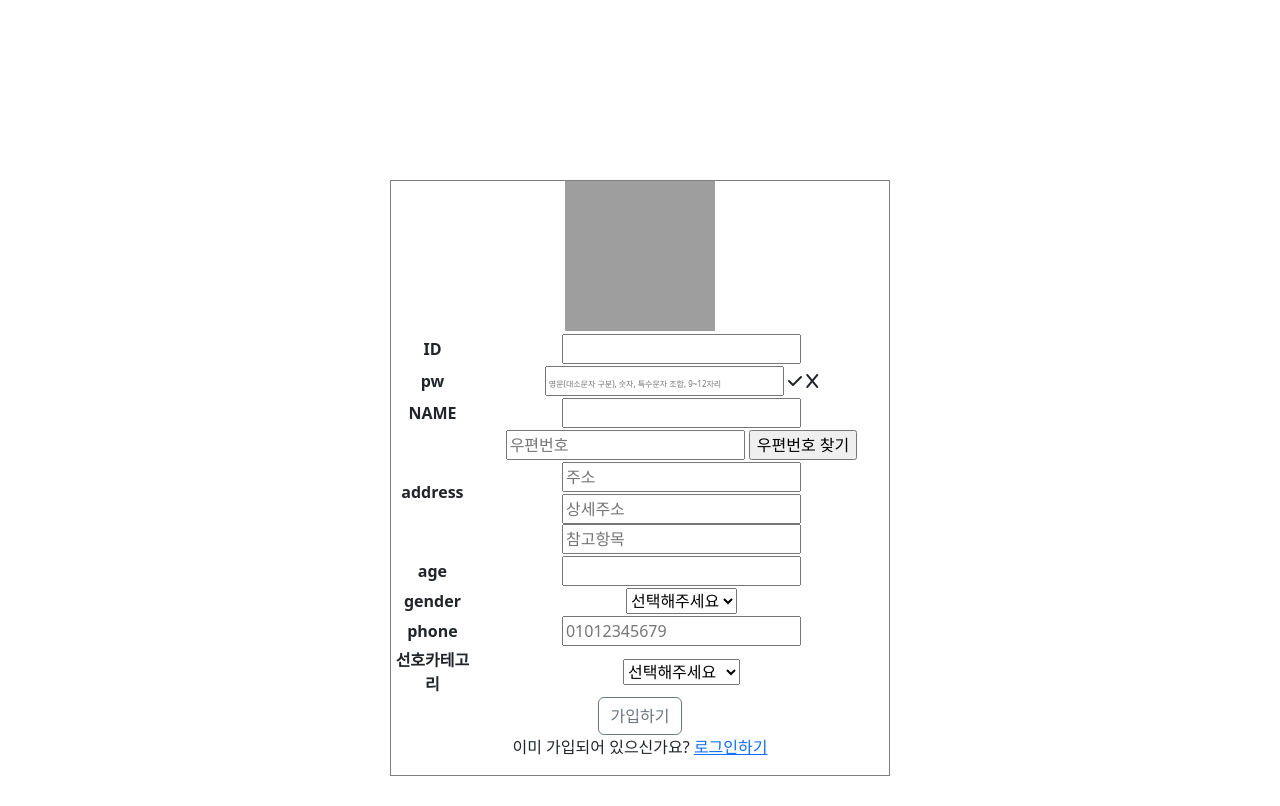
Repository: bongbongi/book1
Page: http://localhost/book/WEB-INF/views/member/join.jsp
An editor plug-in stored every save of this project. The page is shown before and after the next save, followed by the edit.
The browser window is 1280 px wide. The pictures show the whole page.
Pictures or frames that could not be fetched are drawn as grey boxes. Some web libraries are served in a nearby version. The page is served by Tomcat 9. Nobody is signed in. Other server files are loaded and not shown. The template is opened directly, without the code that normally fills it, so the values that code supplies are empty.

Above is the page before, as saved 2023-01-05 15:16:49.

### book/src/main/webapp/WEB-INF/views/member/join.jsp
<%@ page language="java" contentType="text/html; charset=UTF-8"
	pageEncoding="UTF-8"%>
<%@ taglib uri="http://java.sun.com/jsp/jstl/core" prefix="c"%>

<!DOCTYPE html>
<html>
<head>
<meta charset="UTF-8">
<!-- CSS only -->
<link href="https://cdn.jsdelivr.net/npm/bootstrap@5.2.2/dist/css/bootstrap.min.css"
rel="stylesheet" integrity="sha384-Zenh87qX5JnK2Jl0vWa8Ck2rdkQ2Bzep5IDxbcnCeuOxjzrPF/et3URy9Bv1WTRi"
crossorigin="anonymous">
<script src="https://kit.fontawesome.com/92e616dfba.js" crossorigin="anonymous"></script>
<title>회원가입</title>
<style type="text/css">
body{
	text-align: center;
	margin:0 auto;
	width: 100%;
	padding-top : 150px;
}
.logo>a>img{
	width: 150px;
	height: 150px;
}
.join-container{
	border: 1px solid gray;
	width: 500px;
	height: 100%;

	margin: 30px auto;

	/* display: flex;
	align-items: center;
	justify-content: center; */
}
table>tr,
table>td{
	text-align: center;
}
#mem_pw::placeholder{
	font-size:8px;
}
/* 아이디 사용 가능 여부 */
.id_ok{
color:#008000;
display: none;
}

.id_duplicate{
color:#ff0000;
display: none;
}
.id_null{
color:#ff0000;
display: none;
}
</style>
</head>
<body>
	<form action="/mem/join" method="post">
		<div class="join-container">

			<div class="logo">
				<a href="/"><img src="../resources/logo.jpg" alt="로고"></a><br>
			</div>
			<div class="join">
				<form action="/mem/join" method="post">
					<table>
						<th colspan="3" >
							<tr>
								<th >ID</th>
									<td colspan="2">
										<input type="text" name="mem_id" id="mem_id" oninput="checkId()" required>
										<span class="id_ok"><i class="fa-solid fa-check"></i></span>
										<span class="id_duplicate"><i class="fa-solid fa-x"></i></span>
										<span class="id_null"><i class="fa-solid fa-x"></i></span>
									</td>
							</tr>
							<tr>
								<th>pw</th>
								<td>
									<input type="password" name="mem_pw" id="mem_pw" placeholder="영문(대소문자 구분), 숫자, 특수문자 조합, 9~12자리" oninput="checkPw()" required>
									<span class="pw_ok"><i class="fa-solid fa-check"></i></span>
									<span class="id_duplicate"><i class="fa-solid fa-x"></i></span>
									<span class="pw_null"><i class="fa-solid fa-x"></i></span>
								</td>
							</tr>
							<tr>
								<th>NAME</th>
								<td><input type="text" name="mem_name" required></td>
							</tr>
							<tr>
								<th rowspan="3">address</th>
								<td colspan="2">
									<input type="text" id="postcode" name="mem_postzip" placeholder="우편번호">
									<input type="button" onclick="execDaumPostcode()" value="우편번호 찾기">
								</td>
							</tr>
							<tr colspan="2">
								<td ><input type="text" id="address" name="address" placeholder="주소"></td>
							</tr>
							<tr>
								<td  colspan="2">
									<input type="text" id="detailAddress" name="detailAddress" placeholder="상세주소">
									<input type="text" id="extraAddress" name="extraAddress" placeholder="참고항목">
								</td>
							</tr>
							<tr>
								<th>age</th>
								<td><input type="text" name="mem_age"></td>
							</tr>
							<tr>
								<th>gender</th>
								<td>
									<select name="mem_gender">
										<option value="null">선택해주세요</option>
										<option value="1">남자</option>
										<option value="2">여자</option>
									</select>
								</td>
							</tr>
							<tr>
								<th>phone</th>
								<td>
									<input type="text" name="mem_cell_num" id="mem_cell_num" placeholder="01012345679" oninput="checkCellNum()" required>
										<!-- <input type="number" name="phone-first"> -
								        <input type="number" name="phonenum-mid"> -
								        <input type="number" name="phone-last"><br> -->
								</td>
							</tr>
							<tr>
								<th>선호카테고리</th>
								<td>
									<!-- <input type="text" name="mem_auth"> -->
									<select name="mno_cno">
										<option value="0" selected="selected">선택해주세요</option>
										<option value="1">소설</option>
										<option value="2">에세이</option>
										<option value="3">건강/취미</option>
										<option value="4">컴퓨터/모바일</option>
									</select>
								</td>
							</tr>
						</th>
					</table>
					<button type=submit" class="btn btn-outline-secondary">가입하기</button>
				</form>


			</div>

			<div>
				<p>이미 가입되어 있으신가요? <a href="/mem/loginPage">로그인하기</a></p>
			</div>
	</form>
	<script src="//t1.daumcdn.net/mapjsapi/bundle/postcode/prod/postcode.v2.js"></script>
	<script src="https://code.jquery.com/jquery-3.4.1.js"></script>
<script>
    function execDaumPostcode() {
        new daum.Postcode({
            oncomplete: function(data) {
                // 팝업에서 검색결과 항목을 클릭했을때 실행할 코드를 작성하는 부분.

                // 각 주소의 노출 규칙에 따라 주소를 조합한다.
                // 내려오는 변수가 값이 없는 경우엔 공백('')값을 가지므로, 이를 참고하여 분기 한다.
                var addr = ''; // 주소 변수
                var extraAddr = ''; // 참고항목 변수

                //사용자가 선택한 주소 타입에 따라 해당 주소 값을 가져온다.
                if (data.userSelectedType === 'R') { // 사용자가 도로명 주소를 선택했을 경우
                    addr = data.roadAddress;
                } else { // 사용자가 지번 주소를 선택했을 경우(J)
                    addr = data.jibunAddress;
                }

                // 사용자가 선택한 주소가 도로명 타입일때 참고항목을 조합한다.
                if(data.userSelectedType === 'R'){
                    // 법정동명이 있을 경우 추가한다. (법정리는 제외)
                    // 법정동의 경우 마지막 문자가 "동/로/가"로 끝난다.
                    if(data.bname !== '' && /[동|로|가]$/g.test(data.bname)){
                        extraAddr += data.bname;
                    }
                    // 건물명이 있고, 공동주택일 경우 추가한다.
                    if(data.buildingName !== '' && data.apartment === 'Y'){
                        extraAddr += (extraAddr !== '' ? ', ' + data.buildingName : data.buildingName);
                    }
                    // 표시할 참고항목이 있을 경우, 괄호까지 추가한 최종 문자열을 만든다.
                    if(extraAddr !== ''){
                        extraAddr = ' (' + extraAddr + ')';
                    }
                    // 조합된 참고항목을 해당 필드에 넣는다.
                    document.getElementById("extraAddress").value = extraAddr;

                } else {
                    document.getElementById("extraAddress").value = '';
                }

                // 우편번호와 주소 정보를 해당 필드에 넣는다.
                document.getElementById('postcode').value = data.zonecode;
                document.getElementById("address").value = addr;
                // 커서를 상세주소 필드로 이동한다.
                document.getElementById("detailAddress").focus();
            }
        }).open();
    }

	function checkId(){
        var mem_id = document.getElementById('mem_id').value; //id값이 "id"인 입력란의 값을 저장
		console.log(mem_id);
        $.ajax({
            url:'/mem/idCheck', //Controller에서 요청 받을 주소
            type:'post', //POST 방식으로 전달
            data:{mem_id:mem_id},
            success:function(isOk){ //컨트롤러에서 넘어온 isOK값을 받는다
                if(isOk == 'id_ok'){ //ok이면 가입 가능
                    $('.check_ok').css("display","inline-block");
                    $('.check_duplicate').css("display", "none");
					$('.check_null').css("display", "none");
                }else if(isOk =='id_null'){//input이 null값임. 입력 요청
					$('.check_ok').css("display","none");
                    $('.check_duplicate').css("display", "none");
					$('.check_null').css("display", "inline-block");
				}
				else { //중복일 경우
                    $('.check_ok').css("display", "none");
                    $('.check_duplicate').css("display","inline-block");
					$('.check_null').css("display", "none");
                    // alert("아이디를 다시 입력해주세요");
                    $('#mem_id').val('');
                }
            },
			error:function(request,status,error){
			console.log("code:"+request.status+"\n"+"message:"+request.responseText+"\n"+"error:"+error);
			}

        });
        };
	function checkPw(){
	var mem_pw = document.getElementById('mem_pw').value; //id값이 "id"인 입력란의 값을 저장
	console.log(mem_pw);
	$.ajax({
		url:'/mem/pwCheck', //Controller에서 요청 받을 주소
		type:'post', //POST 방식으로 전달
		data:{mem_pw:mem_pw},
		success:function(isOk){ //컨트롤러에서 넘어온 isOK값을 받는다
			if(isOk == 'pw_ok'){ //ok이면 가입 가능
				 $('.check_ok').css("display","inline-block");
                 $('.check_duplicate').css("display", "none"); //정규식 어긋나면
				 $('.check_null').css("display", "none");
			}else if(isOk =='pw_null'){//input이 null값임. 입력 요청
				$('.check_ok').css("display","none");
                $('.check_duplicate').css("display", "none");
				$('.check_null').css("display", "inline-block");
			}
			else { //중복일 경우
				$('.check_ok').css("display", "none");
                $('.check_duplicate').css("display","inline-block");
				$('.check_null').css("display", "none");
				// alert("아이디를 다시 입력해주세요");
				$('#mem_pw').val('');
			}
		},
		error:function(request,status,error){
		console.log("code:"+request.status+"\n"+"message:"+request.responseText+"\n"+"error:"+error);
		}

	});
	};
	function checkCellNum(){
        var mem_cell_num = document.getElementById('mem_cell_num').value; //id값이 "id"인 입력란의 값을 저장
		console.log(mem_cell_num);
        $.ajax({
            url:'/mem/cellNumCheck', //Controller에서 요청 받을 주소
            type:'post', //POST 방식으로 전달
            data:{mem_cell_num:mem_cell_num},
            success:function(isOk){ //컨트롤러에서 넘어온 isOK값을 받는다
                if(isOk == 'cellNum_ok'){ //ok이면 가입 가능
                	$('.check_ok').css("display","inline-block");
                    $('.check_duplicate').css("display", "none");
   				    $('.check_null').css("display", "none");
                }else if(isOk =='cellNum_null'){//input이 null값임. 입력 요청
                	$('.check_ok').css("display","none");
                    $('.check_duplicate').css("display", "none");
    				$('.check_null').css("display", "inline-block");
				}
				else { //중복일 경우
					$('.check_ok').css("display", "none");
                    $('.check_duplicate').css("display","inline-block");
					$('.check_null').css("display", "none");
                    // alert("아이디를 다시 입력해주세요");
                    $('#mem_cell_num').val('');
                }
            },
			error:function(request,status,error){
			console.log("code:"+request.status+"\n"+"message:"+request.responseText+"\n"+"error:"+error);
			}

        });
        };
</script>
</body>
</html>

After the next save:
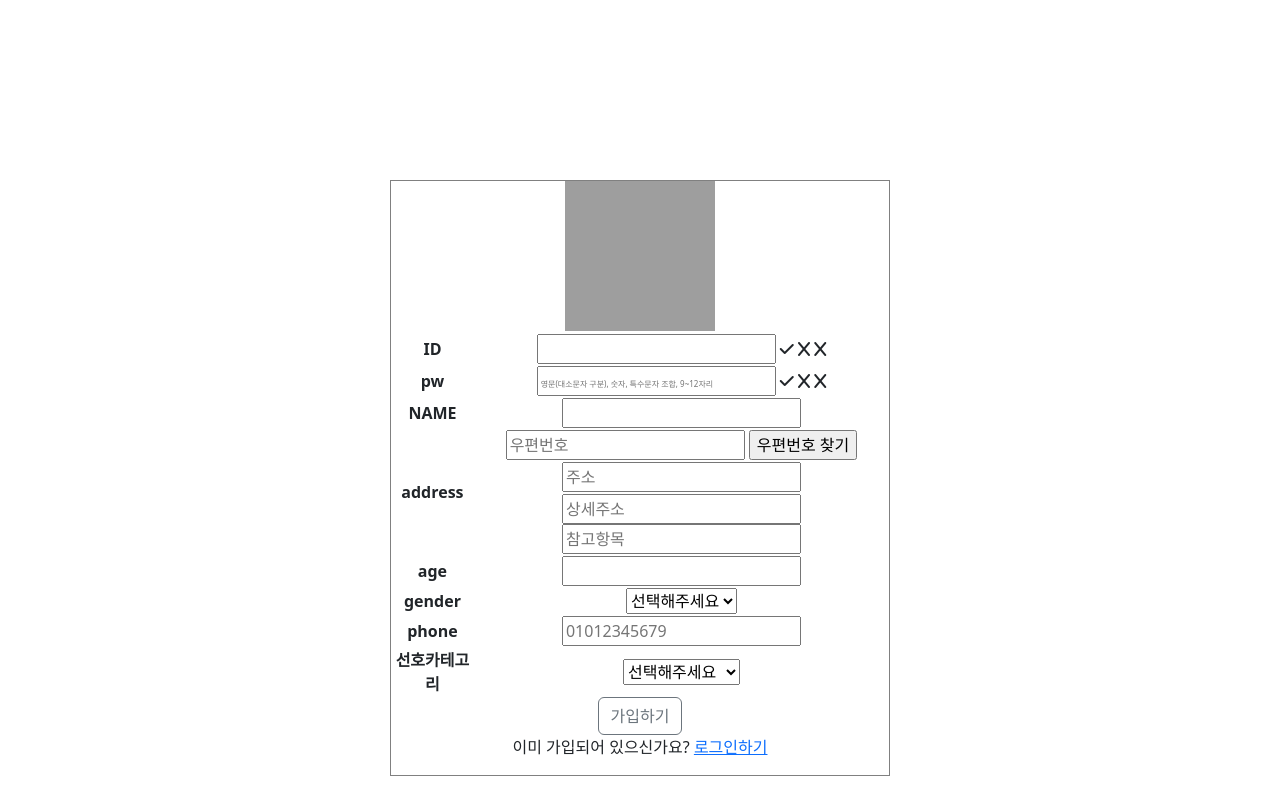
Saved 20 s later.
--- a/book/src/main/webapp/WEB-INF/views/member/join.jsp
+++ b/book/src/main/webapp/WEB-INF/views/member/join.jsp
@@ -42,16 +42,16 @@ table>td{
 	font-size:8px;
 }
 /* 아이디 사용 가능 여부 */
-.id_ok{
+.check_ok{
 color:#008000;
 display: none;
 }
 
-.id_duplicate{
+.check_duplicate{
 color:#ff0000;
 display: none;
 }
-.id_null{
+.check_null{
 color:#ff0000;
 display: none;
 }
